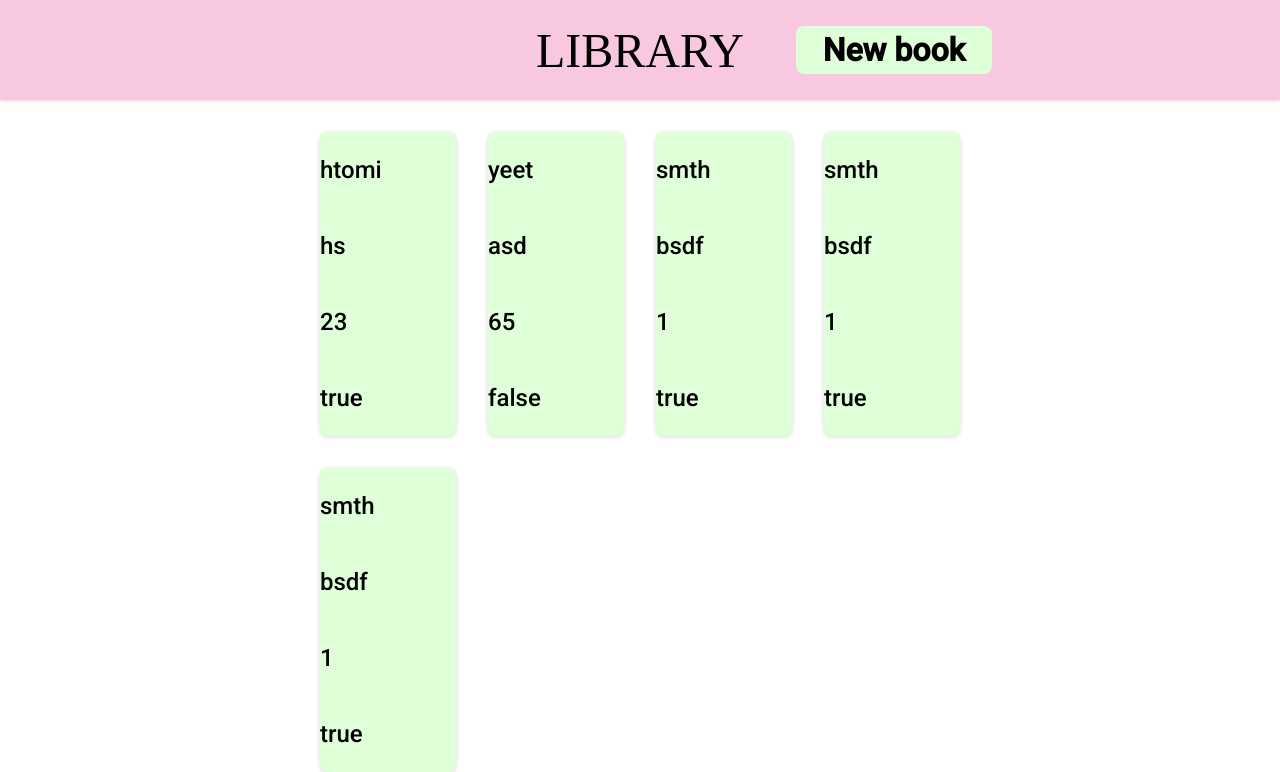
Repository: yeetzpxoci/library
Page: index.html
These files come from the project's save history. The page is drawn as it stood at one moment and after the next save; the edit follows.
The browser window is 1280 px wide. The pictures show the whole page.
Some web fonts or font styles are not loaded; a fallback is used.

Above is the page before, as saved 2023-02-21 15:37:27.

### index.html
<!DOCTYPE html>
<html lang="en">
<head>
    <meta charset="UTF-8">
    <meta http-equiv="X-UA-Compatible" content="IE=edge">
    <meta name="viewport" content="width=device-width, initial-scale=1.0">
    <title>Library</title>
    <link rel="stylesheet" href="styles.css">
    <link rel="preconnect" href="https://fonts.googleapis.com">
    <link rel="preconnect" href="https://fonts.gstatic.com" crossorigin>
    <link href="https://fonts.googleapis.com/css2?family=Roboto:wght@500&display=swap" rel="stylesheet">
    <link href="https://fonts.googleapis.com/css2?family=Gloock&display=swap" rel="stylesheet">
</head>
<body>
    <div class="header">
        <p></p>
        <p>LIBRARY</p>
        <button onclick="addBookToLibrary()" id="addBook">New book</button>
    </div>

    <form>
        <fieldset>
            <label for="title">Title</label>
            <input type="text" name="title" id="title">
            <label for="author">Author</label>
            <input type="text" name="author" id="author">
            <label for="pages">Pages</label>
            <input type="number" name="pages" id="pages">
            <label for="read">Have you read the book?</label>
            <input type="checkbox" name="read" id="read">
        </fieldset>
    </form>

    <div id="cards">

    </div>
<script src="script.js"></script>
</body>
</html>

### styles.css
html, body {
    margin: 0;
    padding: 0;
}

body {
    display: flex;
    flex-direction: column;
    align-items: center;
    min-height: 100vh;
    background-color: white;
}

.header {
    display: flex;
    align-items: center;
    justify-content: center;
    width: 100%;
    height: 100px;
    background-color: #F7C8E0;
    box-shadow: rgba(0, 0, 0, 0.16) 0px 1px 4px;
}

.header p {
    font-family: 'Gloock', serif;
    font-size: 48px;
}

#addBook {
    position: absolute;
    right: 288px;
    font-size: 32px;
    font-family: 'Roboto', sans-serif;
    font-weight: bold;
    background-color: #DFFFD8;
    height: 48px;
    width:196px;
    border-radius: 8px;
    border-width: 0px;
}

#cards {
    display: grid;
    width: 50%;
    grid-template-columns: 1fr 1fr 1fr 1fr;
    gap: 32px;
    margin-top: 32px;
}

.card {
    width: 100%;
    height: auto;
    background-color: #DFFFD8;
    font-family: 'Roboto', sans-serif;
    font-size: 24px;
    border-radius: 8px;
    border-width: 0px;
    align-self: center;
    justify-self: center;
    box-shadow: rgba(0, 0, 0, 0.16) 0px 1px 4px;
    display: grid;
    grid-template-rows: 1fr 1fr 1fr 1fr;
}

form {
    display: none;
}

### script.js
const title = document.getElementById("title").value
const author = document.getElementById("author").value
const pages = document.getElementById("pages").value
const read = document.getElementById("read").checked
const cards = document.getElementById("cards")

let myLibrary = [];

function Book(title, author, pages, read) {
    this.title = title;
    this.author = author;
    this.pages = pages;
    this.read = read;
    this.info = function () {
        return title + " by " + author + ", " + String(pages) + " pages, not read yet"
    }
}

function addBookToLibrary() {
    let book = new Book(title, author, pages, read);
    myLibrary.push(book);
    console.log(myLibrary.length)
}

function addBookInfo(div, book) {
    const newTitle = document.createElement("p");
    newTitle.innerHTML = book.title;
    const newAuthor = document.createElement("p");
    newAuthor.innerHTML = book.author;
    const newPages = document.createElement("p");
    newPages.innerHTML = book.pages;
    const newRead = document.createElement("p");
    newRead.innerHTML = book.read;
    div.appendChild(newTitle);
    div.appendChild(newAuthor);
    div.appendChild(newPages);
    div.appendChild(newRead);
}

function displayBooks() {
    for (let i = 0; i < myLibrary.length; i++) {
        const newDiv = document.createElement("div");
        newDiv.setAttribute("class", "card");
        addBookInfo(newDiv, myLibrary[i]);
        cards.appendChild(newDiv);
    }
}

let book1 = new Book("htomi" , "hs", 23, true);
let book2 = new Book("yeet", "asd", 65, false);
let book3 = new Book("smth", "bsdf", 1, true);
let book4 = new Book("smth", "bsdf", 1, true);
let book5 = new Book("smth", "bsdf", 1, true);
myLibrary.push(book1, book2, book3, book4, book5);
displayBooks();

After the next save:
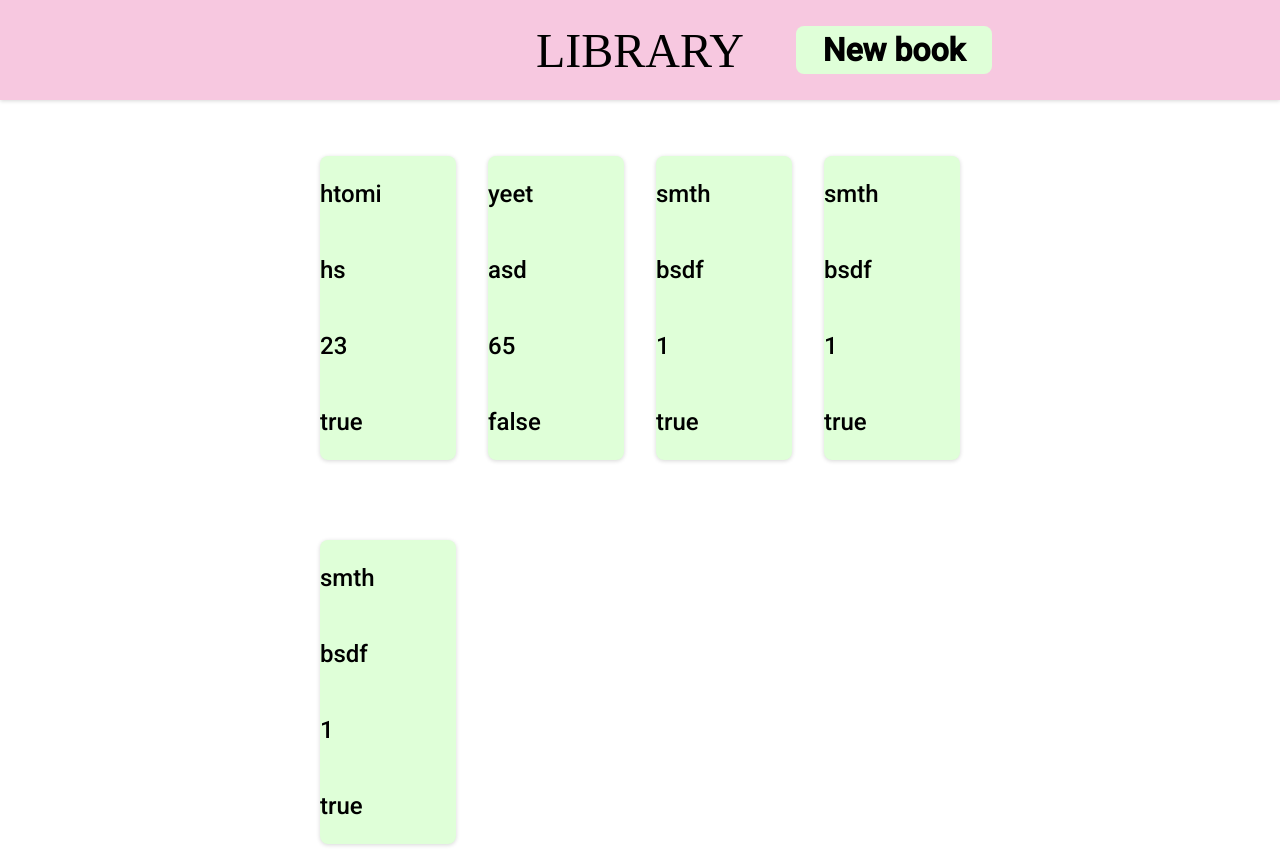
Saved 13 s later.
--- a/styles.css
+++ b/styles.css
@@ -60,6 +60,8 @@ body {
     box-shadow: rgba(0, 0, 0, 0.16) 0px 1px 4px;
     display: grid;
     grid-template-rows: 1fr 1fr 1fr 1fr;
+    margin-top: 24px;
+    margin-bottom: 24px;
 }
 
 form {
